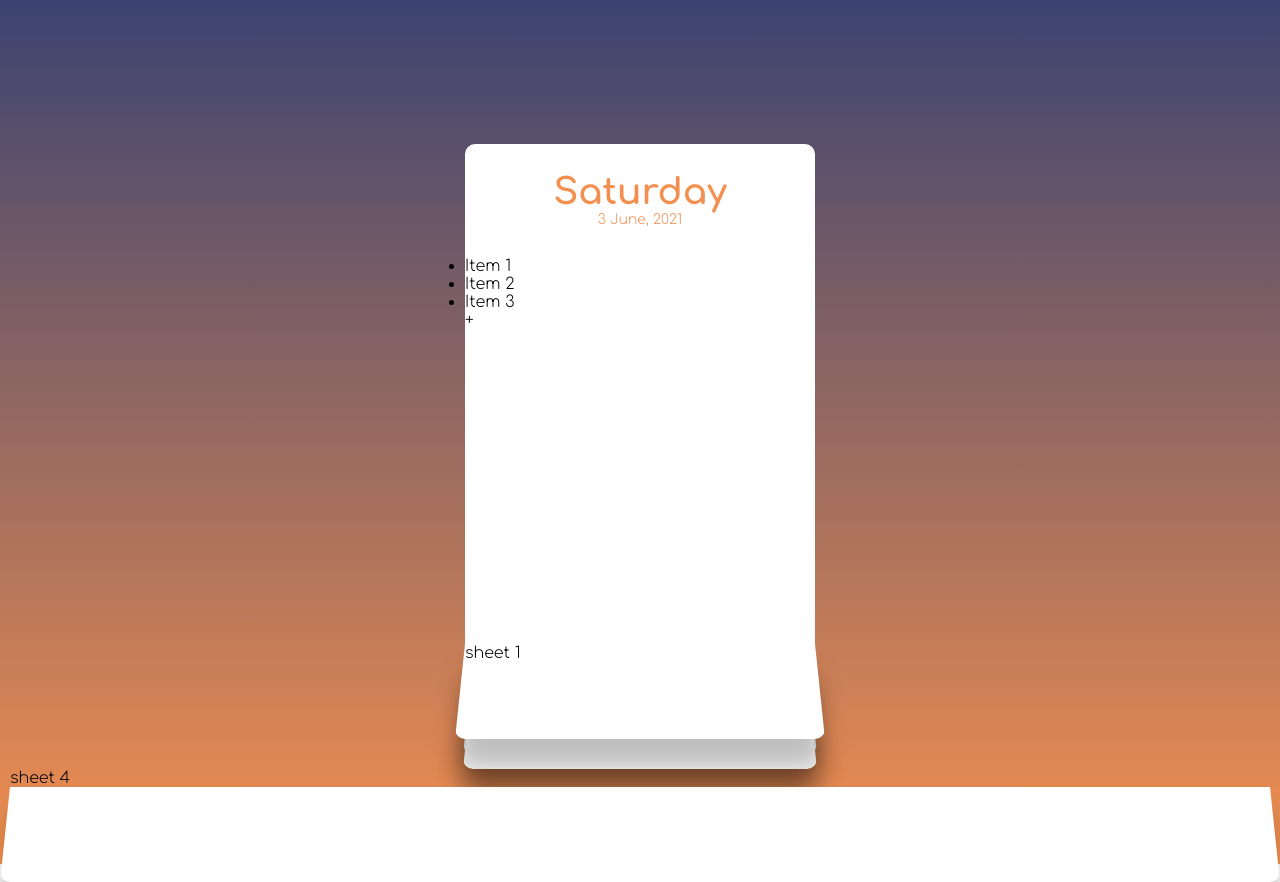
Repository: Colo-Codes/mini-projects
Page: todo-app/index.html
The author's editor kept a copy of each file at every save. The page is drawn from the files as they stood at one save, then again after the next save.
The browser window is 1280 px wide. The pictures show the whole page.

Above is the page before, as saved 2021-07-04 11:48:44.

After the next save:
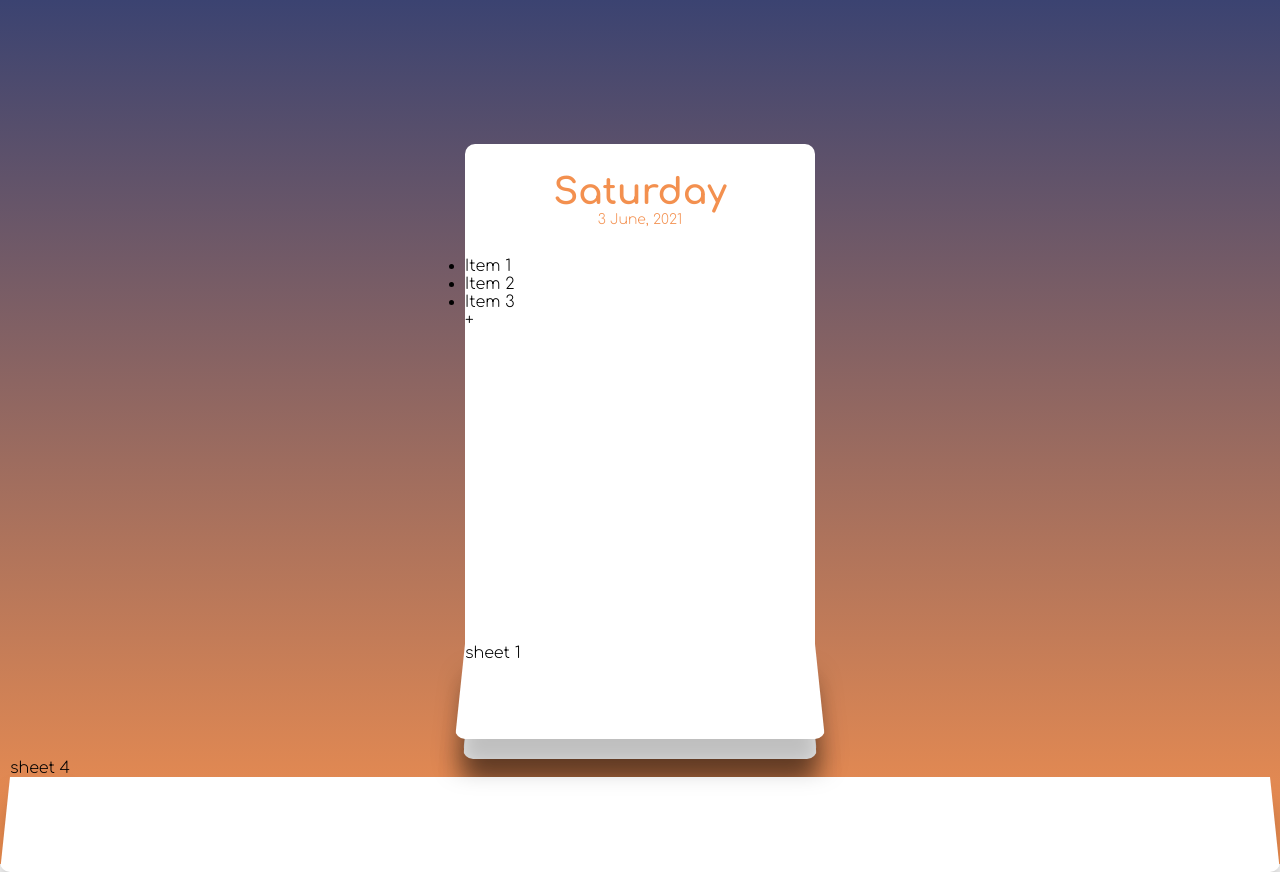
Saved 24 s later.
--- a/todo-app/css/index.css
+++ b/todo-app/css/index.css
@@ -76,9 +76,9 @@ div [id^='sheet-'] {
     width: 354px;
     height: 95px;
     margin: auto;
-    margin-top: -80px;
+    margin-top: -90px;
     border-radius: 0 0 10px 10px;
-    z-index: -1;
+    z-index: -2;
 }
 
 #todo--header header {
